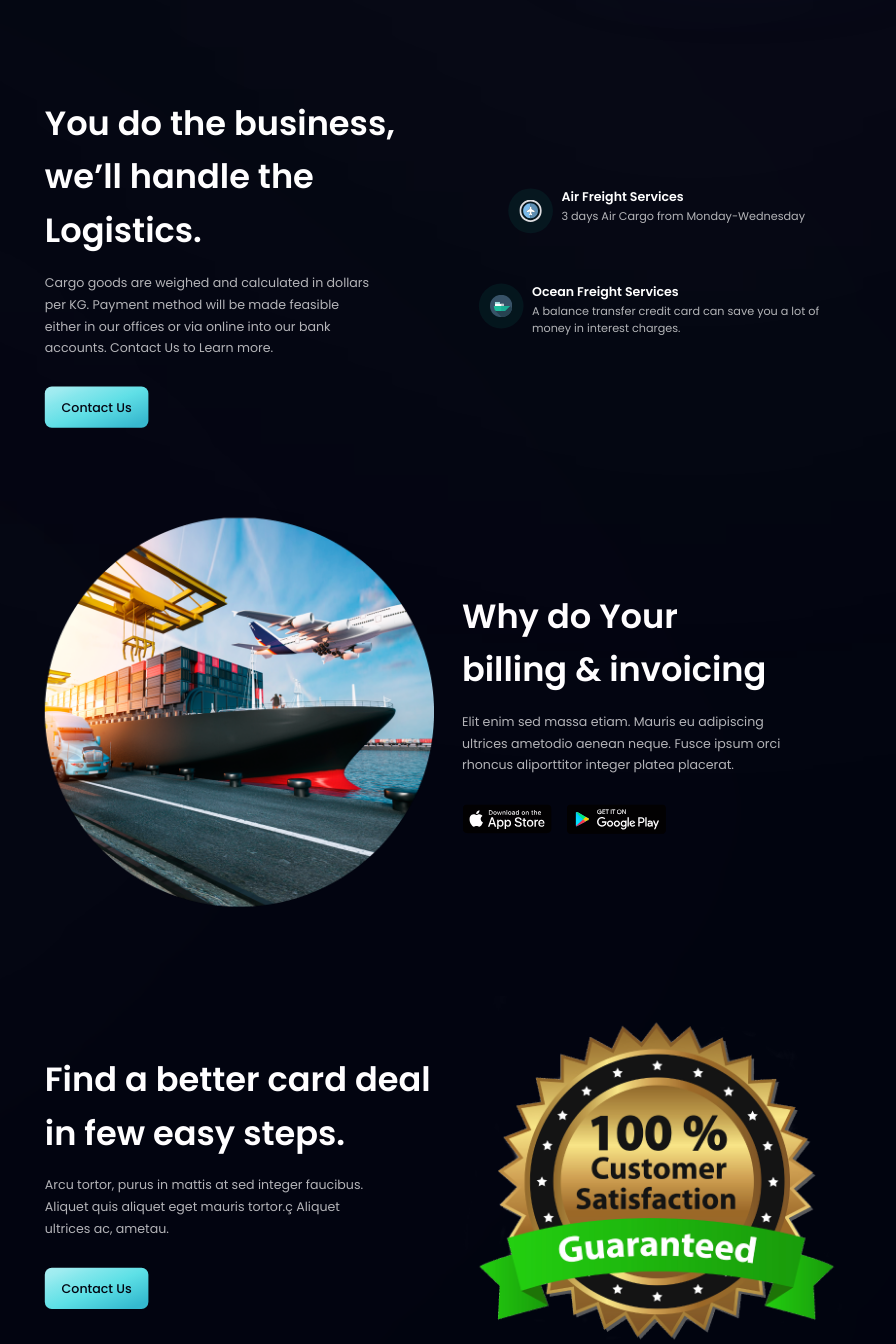
Repository: Miracleoluebube/captionlogistics
Page: /
An editor plug-in stored every save of this project. The page is shown before and after the next save, followed by the edit.
The browser window is 1280 px wide. The pictures show the part of the page from y = 1253 to 3173 px (the page is 5409 px tall), at 70% of full size.
The project was rebuilt for these pictures with package versions that can differ from the ones it lists, and the page was loaded fresh each time. Also part of the build but not shown: vite.config.js.

Above is the page before, as saved 2022-10-02 13:03:31.

### src/index.css
/* :root {
  font-family: Inter, Avenir, Helvetica, Arial, sans-serif;
  font-size: 16px;
  line-height: 24px;
  font-weight: 400;

  color-scheme: light dark;
  color: rgba(255, 255, 255, 0.87);
  background-color: #242424;

  font-synthesis: none;
  text-rendering: optimizeLegibility;
  -webkit-font-smoothing: antialiased;
  -moz-osx-font-smoothing: grayscale;
  -webkit-text-size-adjust: 100%;
}

a {
  font-weight: 500;
  color: #646cff;
  text-decoration: inherit;
}
a:hover {
  color: #535bf2;
}

body {
  margin: 0;
  display: flex;
  place-items: center;
  min-width: 320px;
  min-height: 100vh;
}

h1 {
  font-size: 3.2em;
  line-height: 1.1;
}

button {
  border-radius: 8px;
  border: 1px solid transparent;
  padding: 0.6em 1.2em;
  font-size: 1em;
  font-weight: 500;
  font-family: inherit;
  background-color: #1a1a1a;
  cursor: pointer;
  transition: border-color 0.25s;
}
button:hover {
  border-color: #646cff;
}
button:focus,
button:focus-visible {
  outline: 4px auto -webkit-focus-ring-color;
}
*/

@import url("https://fonts.googleapis.com/css2?family=Poppins:wght@400;500;600;700;800;900&display=swap");

@tailwind base;
@tailwind components;
@tailwind utilities;

:root {
  --black-gradient: linear-gradient(
    144.39deg,
    #ffffff -278.56%,
    #6d6d6d -78.47%,
    #11101d 91.61%
  );
  --card-shadow: 0px 20px 100px -10px rgba(66, 71, 91, 0.1);
}

* {
  scroll-behavior: smooth;
}

.text-gradient {
  background: radial-gradient(
    64.18% 64.18% at 71.16% 35.69%,
    #def9fa 0.89%,
    #bef3f5 17.23%,
    #9dedf0 42.04%,
    #7de7eb 55.12%,
    #5ce1e6 71.54%,
    #33bbcf 100%
  );
  -webkit-background-clip: text;
  -webkit-text-fill-color: transparent;
  background-clip: text;
  text-fill-color: transparent;
}

.bg-blue-gradient {
  background: linear-gradient(
    157.81deg,
    #def9fa -43.27%,
    #bef3f5 -21.24%,
    #9dedf0 12.19%,
    #7de7eb 29.82%,
    #5ce1e6 51.94%,
    #33bbcf 90.29%
  );
}

.bg-black-gradient {
  background: linear-gradient(
    144.39deg,
    #ffffff -278.56%,
    #6d6d6d -78.47%,
    #11101d 91.61%
  );
}

.bg-black-gradient-2 {
  background: linear-gradient(
    -168.39deg,
    #ffffff -278.56%,
    #6d6d6d -78.47%,
    #11101d 91.61%
  );
}

.bg-gray-gradient {
  background: linear-gradient(
    153.47deg,
    rgba(255, 255, 255, 0) -341.94%,
    #14101d 95.11%
  );
}

.bg-discount-gradient {
  background: linear-gradient(125.17deg, #272727 0%, #11101d 100%);
}

.box-shadow {
  box-shadow: 0px 20px 100px -10px rgba(66, 71, 91, 0.1);
}

.sidebar {
  -webkit-animation: slide-top 0.5s cubic-bezier(0.25, 0.46, 0.45, 0.94) both;
  animation: slide-top 0.5s cubic-bezier(0.25, 0.46, 0.45, 0.94) both;
}

@-webkit-keyframes slide-top {
  0% {
    -webkit-transform: translateY(100px);
    transform: translateY(100px);
  }
  100% {
    -webkit-transform: translateY(0);
    transform: translateY(0);
  }
}

@keyframes slide-top {
  0% {
    -webkit-transform: translateY(100px);
    transform: translateY(100px);
  }
  100% {
    -webkit-transform: translateY(0);
    transform: translateY(0);
  }
}

.feature-card:hover {
  background: var(--black-gradient);
  box-shadow: var(--card-shadow);
}

.feedback-container .feedback-card:last-child {
  margin-right: 0px;
}

.feedback-card {
  background: transparent;
}

.feedback-card:hover {
  background: var(--black-gradient);
}

.blue__gradient {
  background: linear-gradient(180deg, rgba(188, 165, 255, 0) 0%, #214d76 100%);
  filter: blur(123px);
}

.pink__gradient {
  background: linear-gradient(90deg, #f4c4f3 0%, #fc67fa 100%);
  filter: blur(900px);
}

.white__gradient {
  background: rgba(255, 255, 255, 0.6);
  filter: blur(750px);
}


@media (prefers-color-scheme: light) {
  :root {
    color: #213547;
    background-color: #ffffff;
  }
  a:hover {
    color: #747bff;
  }
  button {
    background-color: #f9f9f9;
  }
}

### src/style.js
const styles = {
  boxWidth: "xl:max-w-[1280px] w-full",

  heading2: "font-poppins font-semibold xs:text-[48px] text-[40px] text-white xs:leading-[76.8px] leading-[66.8px] w-full",
  paragraph: "font-poppins font-normal text-dimWhite text-[18px] leading-[30.8px]",

  flexCenter: "flex justify-center items-center",
  flexStart: "flex justify-center items-start",

  paddingX: "sm:px-16 px-6",
  paddingY: "sm:py-16 py-6",
  padding: "sm:px-16 px-6 sm:py-12 py-4",

  marginX: "sm:mx-16 mx-6",
  marginY: "sm:my-16 my-6",
};

export const layout = {
  section: `flex md:flex-row flex-col ${styles.paddingY}`,
  sectionReverse: `flex md:flex-row flex-col-reverse ${styles.paddingY}`,

  sectionImgReverse: `flex-1 flex ${styles.flexCenter} md:mr-10 mr-0 md:mt-0 mt-10 relative`,
  sectionImg: `flex-1 flex ${styles.flexCenter} md:ml-10 ml-0 md:mt-0 mt-10 relative`,

  sectionInfo: `flex-1 ${styles.flexStart} flex-col`,
};

export default styles;

### src/components/Navbar.jsx
import { useState } from "react";

import { close, logo, menu } from "../assets";
import { navLinks } from "../constants";

const Navbar = () => {
  const [active, setActive] = useState("Home");
  const [toggle, setToggle] = useState(false);

  return (
    <nav className="w-full flex py-6 justify-between items-center navbar">
      <img src={logo} alt="hoobank" className="w-[124px] h-[32px]" />

      <ul className="list-none sm:flex hidden justify-end items-center flex-1">
        {navLinks.map((nav, index) => (
          <li
            key={nav.id}
            className={`font-poppins font-normal cursor-pointer text-[16px] ${
              active === nav.title ? "text-white" : "text-dimWhite"
            } ${index === navLinks.length - 1 ? "mr-0" : "mr-10"}`}
            onClick={() => setActive(nav.title)}
          >
            <a href={`#${nav.id}`}>{nav.title}</a>
          </li>
        ))}
      </ul>

      <div className="sm:hidden flex flex-1 justify-end items-center">
        <img
          src={toggle ? close : menu}
          alt="menu"
          className="w-[28px] h-[28px] object-contain"
          onClick={() => setToggle(!toggle)}
        />

        <div
          className={`${
            !toggle ? "hidden" : "flex"
          } p-6 bg-black-gradient absolute top-20 right-0 mx-4 my-2 min-w-[140px] rounded-xl sidebar`}
        >
          <ul className="list-none flex justify-end items-start flex-1 flex-col">
            {navLinks.map((nav, index) => (
              <li
                key={nav.id}
                className={`font-poppins font-medium cursor-pointer text-[16px] ${
                  active === nav.title ? "text-white" : "text-dimWhite"
                } ${index === navLinks.length - 1 ? "mb-0" : "mb-4"}`}
                onClick={() => setActive(nav.title)}
              >
                <a href={`#${nav.id}`}>{nav.title}</a>
              </li>
            ))}
          </ul>
        </div>
      </div>
    </nav>
  );
};

export default Navbar;

### src/components/Billing.jsx
import { apple, bill, google } from "../assets";
import styles, { layout } from "../style";

const Billing = () => (
  <section id="product" className={layout.sectionReverse}>
    <div className={layout.sectionImgReverse}>
      <img src={bill} alt="billing" className="w-[100%] h-[100%] relative z-[5]" />

      {/* gradient start */}
      <div className="absolute z-[3] -left-1/2 top-0 w-[50%] h-[50%] rounded-full white__gradient" />
      <div className="absolute z-[0] w-[50%] h-[50%] -left-1/2 bottom-0 rounded-full pink__gradient" />
      {/* gradient end */}
    </div>

    <div className={layout.sectionInfo}>
      <h2 className={styles.heading2}>
        Why do Your  <br className="sm:block hidden" /> billing &
        invoicing
      </h2>
      <p className={`${styles.paragraph} max-w-[470px] mt-5`}>
        Elit enim sed massa etiam. Mauris eu adipiscing ultrices ametodio
        aenean neque. Fusce ipsum orci rhoncus aliporttitor integer platea
        placerat.
      </p>

      <div className="flex flex-row flex-wrap sm:mt-10 mt-6">
        <img src={apple} alt="google_play" className="w-[128.86px] h-[42.05px] object-contain mr-5 cursor-pointer" />
        <img src={google} alt="google_play" className="w-[144.17px] h-[43.08px] object-contain cursor-pointer" />
      </div>
    </div>
  </section>
);

export default Billing;

### src/components/CardDeal.jsx
import { card } from "../assets";
import styles, { layout } from "../style";
import Button from "./Button";

const CardDeal = () => (
  <section id="contact Us" className={layout.section}>
    <div className={layout.sectionInfo}>
      <h2 className={styles.heading2}>
        Find a better card deal <br className="sm:block hidden" /> in few easy
        steps.
      </h2>
      <p className={`${styles.paragraph} max-w-[470px] mt-5`}>
        Arcu tortor, purus in mattis at sed integer faucibus. Aliquet quis
        aliquet eget mauris tortor.ç Aliquet ultrices ac, ametau.
      </p>

      <Button styles={`mt-10`} />
    </div>

    <div className={layout.sectionImg}>
      <img src={card} alt="billing" className="w-[100%] h-[100%]" />
    </div>
  </section>
);

export default CardDeal;

### src/components/Business.jsx
import { features } from "../constants";
import styles, { layout } from "../style";
import Button from "./Button";

const FeatureCard = ({ icon, title, content, index }) => (
  <div className={`flex flex-row p-6 rounded-[20px] ${index !== features.length - 1 ? "mb-6" : "mb-0"} feature-card`}>
    <div className={`w-[64px] h-[64px] rounded-full ${styles.flexCenter} bg-dimBlue`}>
      <img src={icon} alt="star" className="w-[50%] h-[50%] object-contain" />
    </div>
    <div className="flex-1 flex flex-col ml-3">
      <h4 className="font-poppins font-semibold text-white text-[18px] leading-[23.4px] mb-1">
        {title}
      </h4>
      <p className="font-poppins font-normal text-dimWhite text-[16px] leading-[24px]">
        {content}
      </p>
    </div>
  </div>
);

const Business = () =>  (
  <section id="features" className={layout.section}>
    <div className={layout.sectionInfo}>
      <h2 className={styles.heading2}>
        You do the business, <br className="sm:block hidden" /> we’ll handle
        the Logistics.
      </h2>
      <p className={`${styles.paragraph} max-w-[470px] mt-5`}>
        Cargo goods are weighed and calculated in dollars per KG.
      Payment method will be made feasible either in our offices or via online
      into our bank accounts.
      Contact Us to Learn more.
      </p>

      <Button styles={`mt-10`} />
    </div>

    <div className={`${layout.sectionImg} flex-col`}>
      {features.map((feature, index) => (
        <FeatureCard key={feature.id} {...feature} index={index} />
      ))}
    </div>
  </section>
);

export default Business;

### src/components/CTA.jsx
import styles from "../style";
import Button from "./Button";

const CTA = () => (
  <section className={`${styles.flexCenter} ${styles.marginY} ${styles.padding} sm:flex-row flex-col bg-black-gradient-2 rounded-[20px] box-shadow`}>
    <div className="flex-1 flex flex-col">
      <h2 className={styles.heading2}>Let’s try our service now!</h2>
      <p className={`${styles.paragraph} max-w-[470px] mt-5`}>
        Everything you need to accept card payments and grow your business
        anywhere on the planet.
      </p>
    </div>

    <div  className={`${styles.flexCenter} sm:ml-10 ml-0 sm:mt-0 mt-10`}>
      <Button />
    </div>
  </section>
);

export default CTA;

### src/components/Stats.jsx
import { stats } from "../constants";
import styles from "../style";

const Stats = () => (
  <section className={`${styles.flexCenter} flex-row flex-wrap sm:mb-20 mb-6`}>
    {stats.map((stat) => (
      <div key={stat.id} className={`flex-1 flex justify-start items-center flex-row m-3`} >
        <h4 className="font-poppins font-semibold xs:text-[40.89px] text-[30.89px] xs:leading-[53.16px] leading-[43.16px] text-white">
          {stat.value}
        </h4>
        <p className="font-poppins font-normal xs:text-[20.45px] text-[15.45px] xs:leading-[26.58px] leading-[21.58px] text-gradient uppercase ml-3">
          {stat.title}
        </p>
      </div>
    ))}
  </section>
);

export default Stats;

### src/components/Footer.jsx
import styles from "../style";
import { logo } from "../assets";
import { footerLinks, socialMedia } from "../constants";

const Footer = () => (
  <section className={`${styles.flexCenter} ${styles.paddingY} flex-col`}>
    <div className={`${styles.flexStart} md:flex-row flex-col mb-8 w-full`}>
      <div className="flex-[1] flex flex-col justify-start mr-10">
        <img
          src={logo}
          alt="hoobank"
          className="w-[266px] h-[72.14px] object-contain"
        />
        <p className={`${styles.paragraph} mt-4 max-w-[312px]`}>
         Head Office address: Number 10&11, A.O plaza, ground floor,
         Mandilas market Lagos island
        </p>
      </div>

      <div className="flex-[1.5] w-full flex flex-row justify-between flex-wrap md:mt-0 mt-10">
        {footerLinks.map((footerlink) => (
          <div key={footerlink.title} className={`flex flex-col ss:my-0 my-4 min-w-[150px]`}>
            <h4 className="font-poppins font-medium text-[18px] leading-[27px] text-white">
              {footerlink.title}
            </h4>
            <ul className="list-none mt-4">
              {footerlink.links.map((link, index) => (
                <li
                  key={link.name}
                  className={`font-poppins font-normal text-[16px] leading-[24px] text-dimWhite hover:text-secondary cursor-pointer ${
                    index !== footerlink.links.length - 1 ? "mb-4" : "mb-0"
                  }`}
                >
                  {link.name}
                </li>
              ))}
            </ul>
          </div>
        ))}
      </div>
    </div>

    <div className="w-full flex justify-between items-center md:flex-row flex-col pt-6 border-t-[1px] border-t-[#3F3E45]">
      <p className="font-poppins font-normal text-center text-[18px] leading-[27px] text-white">
        Copyright Ⓒ 2022. CaptionLogistics. All Rights Reserved.
      </p>

      <div className="flex flex-row md:mt-0 mt-6">
        {socialMedia.map((social, index) => (
          <img
            key={social.id}
            src={social.icon}
            alt={social.id}
            className={`w-[21px] h-[21px] object-contain cursor-pointer ${
              index !== socialMedia.length - 1 ? "mr-6" : "mr-0"
            }`}
            onClick={() => window.open(social.link)}
          />
        ))}
      </div>
    </div>
  </section>
);

export default Footer;

### src/components/Testimonials.jsx
import { feedback } from "../constants";
import styles from "../style";
import FeedbackCard from "./FeedbackCard";

const Testimonials = () => (
  <section id="clients" className={`${styles.paddingY} ${styles.flexCenter} flex-col relative `}>
    <div className="absolute z-[0] w-[60%] h-[60%] -right-[50%] rounded-full blue__gradient bottom-40" />

    <div className="w-full flex justify-between items-center md:flex-row flex-col sm:mb-16 mb-6 relative z-[1]">
      <h2 className={styles.heading2}>
        What People are <br className="sm:block hidden" /> saying about us
      </h2>
      <div className="w-full md:mt-0 mt-6">
        <p className={`${styles.paragraph} text-left max-w-[450px]`}>
          Everything you need to accept card payments and grow your business
          anywhere on the planet.
        </p>
      </div>
    </div>

    <div className="flex flex-wrap sm:justify-start justify-center w-full feedback-container relative z-[1]">
      {feedback.map((card) => <FeedbackCard key={card.id} {...card} />)}
    </div>
  </section>
);

export default Testimonials;

### src/components/Hero.jsx
import styles from "../style";
import { discount, robot } from "../assets";
import GetStarted from "./GetStarted";

const Hero = () => {
  return (
    <section id="home" className={`flex md:flex-row flex-col ${styles.paddingY}`}>
      <div className={`flex-1 ${styles.flexStart} flex-col xl:px-0 sm:px-16 px-6`}>
        <div className="flex flex-row items-center py-[6px] px-4 bg-discount-gradient rounded-[10px] mb-2">
          <img src={discount} alt="discount" className="w-[32px] h-[32px]" />
          <p className={`${styles.paragraph} ml-2`}>
            <span className="text-white">Call us </span> +234{" "}
            <span className="text-white">806 {" "} 750 {" "} 7539</span>
          </p>
        </div>

        <div className="flex flex-row justify-between items-center w-full">
          <h1 className="flex-1 font-poppins font-semibold ss:text-[72px] text-[52px] text-white ss:leading-[100.8px] leading-[75px]">
            Your trusted <br className="sm:block hidden" />{" "}
            <span className="text-gradient">Freight & Shipping</span>{" "}
          </h1>
          <div className="ss:flex hidden md:mr-4 mr-0">
            <GetStarted />
          </div>
        </div>

        <h1 className="font-poppins font-semibold ss:text-[68px] text-[52px] text-white ss:leading-[100.8px] leading-[75px] w-full">
  company From Turkey to Nigeria.
        </h1>
        <p className={`${styles.paragraph} max-w-[470px] mt-5`}>
          We are a  full-service Cargo and Logistics
          company registered under the federal Republic of Nigeria that offers freight
          and shipping of goods from Turkey
          to Nigeria.Our Mission is to retain our leadership
          in providing affordable
          & efficient service. Visit us Today.
        </p>
      </div>

      <div className={`flex-1 flex ${styles.flexCenter} md:my-0 my-10 relative`}>
        <img src={robot} alt="billing" className="w-[100%] h-[100%] relative z-[5]" />

        {/* gradient start */}
        <div className="absolute z-[0] w-[40%] h-[35%] top-0 pink__gradient" />
        <div className="absolute z-[1] w-[80%] h-[80%] rounded-full white__gradient bottom-40" />
        <div className="absolute z-[0] w-[50%] h-[50%] right-20 bottom-20 blue__gradient" />
        {/* gradient end */}
      </div>

      <div className={`ss:hidden ${styles.flexCenter}`}>
        <GetStarted />
      </div>
    </section>
  );
};

export default Hero;

### src/assets/index.js
import airbnb from "./airbnb.png";
import bill from "./bill.png";
import binance from "./binance.png";
import card from "./card.png";
import coinbase from "./coinbase.png";
import dropbox from "./dropbox.png";
import logo from "./logo.svg";
import quotes from "./quotes.svg";
import robot from "./robot.png";
import send from "./Send.svg";
import shield from "./Shield.svg";
import star from "./Star.svg";
import menu from "./menu.svg";
import close from "./close.svg";
import google from "./google.svg";
import apple from "./apple.svg";
import arrowUp from "./arrow-up.svg";
import discount from "./Discount.svg";
import facebook from "./facebook.svg";
import instagram from "./instagram.svg";
import linkedin from "./linkedin.svg";
import twitter from "./twitter.svg";
import people01 from "./people01.png";
import people02 from "./people02.png";
import people03 from "./people03.png";

export {
  airbnb,
  bill,
  binance,
  card,
  coinbase,
  dropbox,
  logo,
  quotes,
  robot,
  send,
  shield,
  star,
  menu,
  close,
  google,
  apple,
  arrowUp,
  discount,
  facebook,
  instagram,
  linkedin,
  twitter,
  people01,
  people02,
  people03,
};

### src/components/Button.jsx
import React from "react";

const Button = ({ styles }) => (
  <a href="https://wa.me/2348067507539">
  <button  type="button" className={`py-4 px-6 font-poppins font-medium text-[18px] text-primary bg-blue-gradient rounded-[10px] outline-none ${styles}`}>
    Contact Us
  </button>
  </a>
);



export default Button;

### src/components/FeedbackCard.jsx
import { quotes } from "../assets";

const FeedbackCard = ({ content, name, title, img }) => (
  <div className="flex justify-between flex-col px-10 py-12 rounded-[20px]  max-w-[370px] md:mr-10 sm:mr-5 mr-0 my-5 feedback-card">
    <img src={quotes} alt="double_quotes" className="w-[42.6px] h-[27.6px] object-contain" />
    <p className="font-poppins font-normal text-[18px] leading-[32.4px] text-white my-10">
      {content}
    </p>

    <div className="flex flex-row">
      <img src={img} alt={name} className="w-[48px] h-[48px] rounded-full" />
      <div className="flex flex-col ml-4">
        <h4 className="font-poppins font-semibold text-[20px] leading-[32px] text-white">
          {name}
        </h4>
        <p className="font-poppins font-normal text-[16px] leading-[24px] text-dimWhite">
          {title}
        </p>
      </div>
    </div>
  </div>
);


export default FeedbackCard;

### src/components/GetStarted.jsx
import styles from "../style";
import { arrowUp } from "../assets";

const GetStarted = () => (
  <div className={`${styles.flexCenter} w-[140px] h-[140px] rounded-full bg-blue-gradient p-[2px] cursor-pointer`}>
    <div className={`${styles.flexCenter} flex-col bg-primary w-[100%] h-[100%] rounded-full`}>
      <div className={`${styles.flexStart} flex-row`}>
        <p className="font-poppins font-medium text-[18px] leading-[23.4px]">
          <span className="text-gradient">Track Your</span>
        </p>
        <img src={arrowUp} alt="arrow-up" className="w-[23px] h-[23px] object-contain" />
      </div>

      <p className="font-poppins font-medium text-[18px] leading-[23.4px]">
        <span className="text-gradient">Goods</span>
      </p>
    </div>
  </div>
);

export default GetStarted;

Loaded but not shown: index.html (common file); src/main.jsx (common file); src/App.jsx (common file); src/components/index.js (common file); src/components/Clients.jsx (common file); tailwind.config.cjs (common file); src/constants/index.js (203 lines, source omitted)

After the next save:
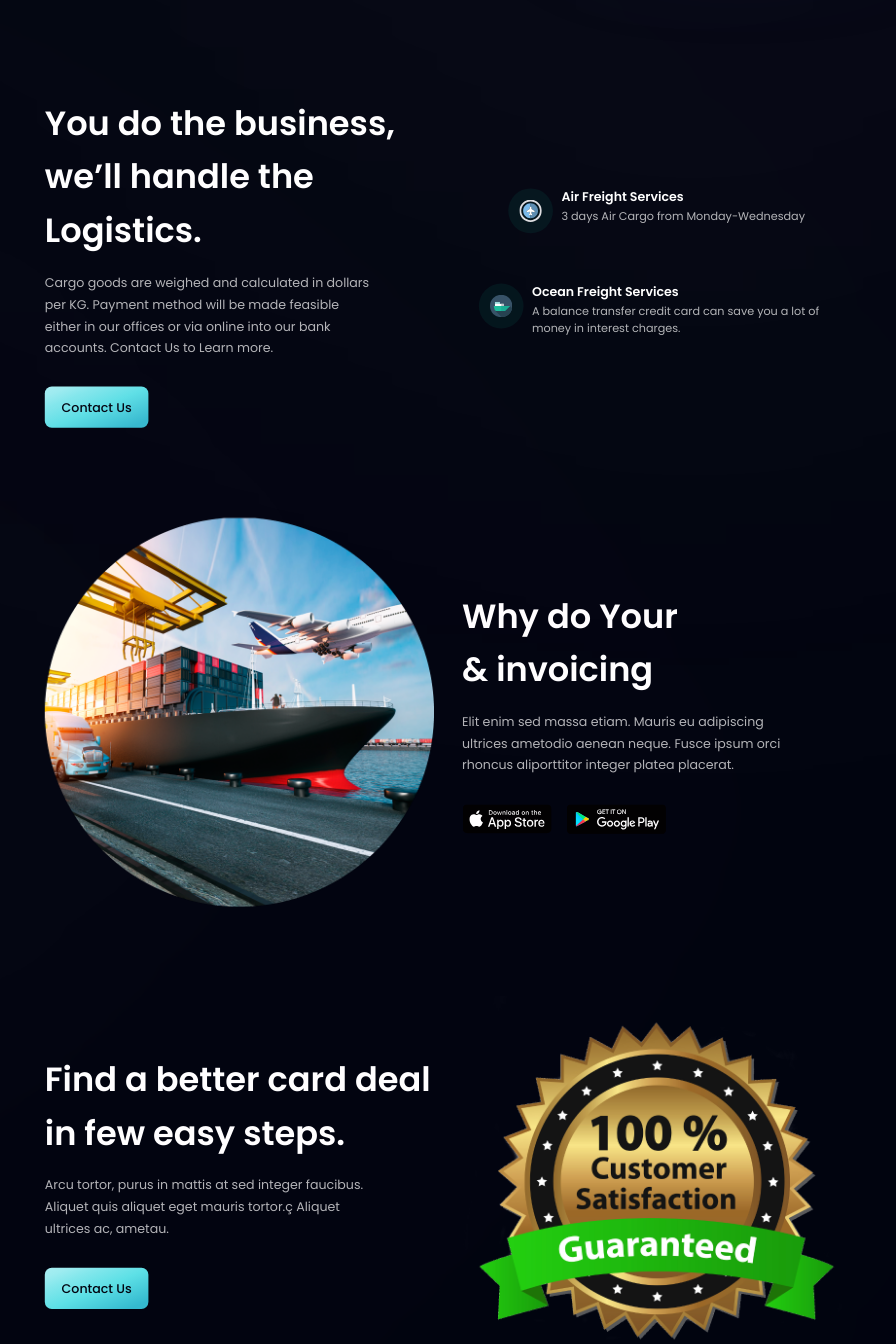
Saved 8 s later.
--- a/src/components/Billing.jsx
+++ b/src/components/Billing.jsx
@@ -14,7 +14,7 @@
 
     <div className={layout.sectionInfo}>
       <h2 className={styles.heading2}>
-        Why do Your  <br className="sm:block hidden" /> billing &
+        Why do Your  <br className="sm:block hidden" />  &
         invoicing
       </h2>
       <p className={`${styles.paragraph} max-w-[470px] mt-5`}>
